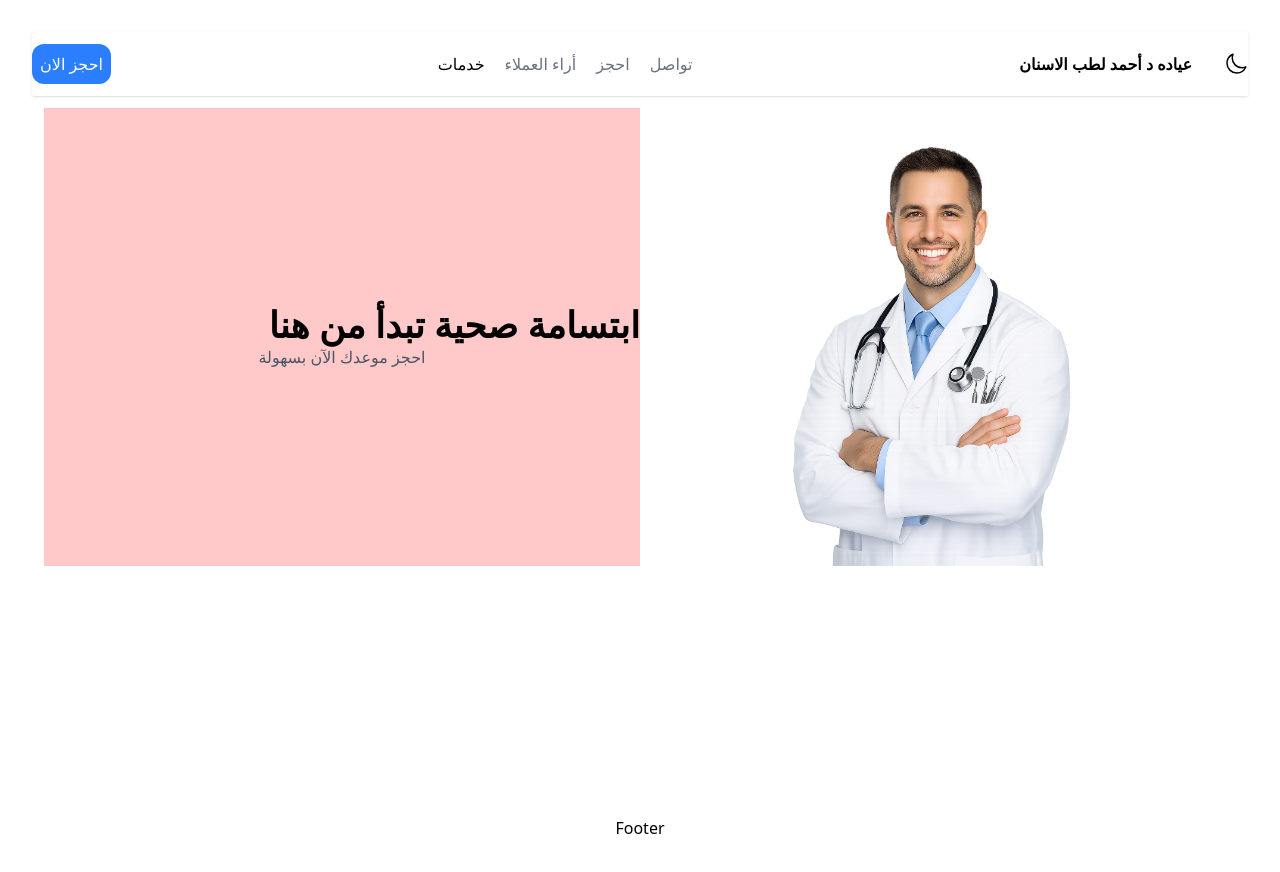
Repository: mohamedehab23-pro/clinic
Page: /
An editor plug-in stored every save of this project. The page is shown before and after the next save, followed by the edit.
The browser window is 1280 px wide. The pictures show the whole page.
The project was rebuilt for these pictures with package versions that can differ from the ones it lists, and the page was loaded fresh each time. Also part of the build but not shown: vite.config.js, src/Pages/AboutPage.jsx, src/Pages/ContactPage.jsx, src/Pages/NotFound.jsx, src/Components/Child.jsx, src/Components/Parent.jsx.

Above is the page before, as saved 2026-02-22 14:11:37.

### index.html
<!doctype html>
<html lang="en">
  <head>
    <meta charset="UTF-8" />
    <link rel="icon" type="image/svg+xml" href="/vite.svg" />
    <meta name="viewport" content="width=device-width, initial-scale=1.0" />
    <title>project1</title>
  </head>
  <body>
    <div id="root"></div>
    <script type="module" src="/src/main.jsx"></script>
  </body>
</html>

### src/index.css
@import "tailwindcss";
@custom-variant dark (&:where(.dark, .dark *));


.active{
    @apply text-black dark:text-white
}

### src/App.jsx
import { useState } from 'react'
import HeroPage from '../src/Pages/HeroPage'
import './App.css'
import { createBrowserRouter, RouterProvider } from 'react-router'
import MainLayout from './Layouts/MainLayout'
import AboutPage from './Pages/AboutPage'
import ContactPage from './Pages/ContactPage'
import NotFound from './Pages/NotFound'
import Parent from './Components/Parent'


const x=createBrowserRouter([
  {path:'',element:<MainLayout/>,children:[
    {index:true,element:<HeroPage/>},
    {path:'/about',element:<AboutPage/>},
    {path:'/contact',element:<ContactPage/>},
    {path:'*',element:<NotFound/>}
  ]}
])

function App() {

  return (
    <>
    {/* <Parent/> */}

     <RouterProvider router={x}/>
    </>
  )
}

export default App

### src/Pages/HeroPage.jsx
import React from 'react'
import sora from '../assets/dentist.png'
export default function HomePage() {
  return (
    <div className='dark:bg-gray-800 min-h-screen p-3'>
      <div className='flex justify-around'>
<div className='bg-red-200 w-full flex flex-col justify-center text-center '>
<h2 className='text-4xl font-bold text-end'>ابتسامة صحية تبدأ من هنا</h2>
<p className='text-gray-600'>احجز موعدك الآن بسهولة</p>
</div>
<div className=' w-full flex justify-center items-center'>
 <img src={sora} alt="doctor" className='w-[50%] ' />
</div>
      </div>



    </div>
  )
}

### src/Layouts/MainLayout.jsx
import React, { useState } from 'react'
import Navbar from '../Components/Navbar'
import Footer from '../Components/Footer'
import { Outlet } from 'react-router'

export default function MainLayout() {
  const [darkMode, setDarkMode] = useState(false)
  return (
    <>
    <div className={`${darkMode? 'dark':''}  dark:text-white`}>
      <Navbar darkMode={darkMode} setDarkMode={setDarkMode}/>
    <Outlet />
    <Footer/>
    </div>
    </>
  )
}

### src/Components/Navbar.jsx
import React, { useState } from 'react'
import { Link, NavLink } from 'react-router'
import Button from './Button'

export default function Navbar({setDarkMode,darkMode}) {
  const [navToggle, setNavToggle] = useState(false)
  return (
    <div className='py-3 shadow sticky top-0 w-full dark:bg-gray-700 bg-white/50'>
<div className="container px-3 lg:p-0 mx-auto flex items-center justify-between">
<div>
  <Button/>
</div>
<div>
  <ul className='lg:flex dark:text-white/50 gap-5 hidden'>
    <li className='text-gray-500'><NavLink to={''}>خدمات</NavLink></li>
    <li className='text-gray-500'><NavLink to={'/about'}>أراء العملاء</NavLink></li>
    <li className='text-gray-500'><NavLink to={'/contact'}>احجز</NavLink></li>
    <li className='text-gray-500'><NavLink to={'ertyuj'}>تواصل</NavLink></li>
  </ul>
</div>
<div className='flex gap-8'>
  <Link to={''} className=' font-bold'>عياده د أحمد لطب الاسنان</Link>
  {darkMode?<svg xmlns="http://www.w3.org/2000/svg"
onClick={()=>setDarkMode(!darkMode)}
fill="none" viewBox="0 0 24 24" strokeWidth={1.5} stroke="currentColor" className="cursor-pointer size-6">
  <path strokeLinecap="round" strokeLinejoin="round" d="M12 3v2.25m6.364.386-1.591 1.591M21 12h-2.25m-.386 6.364-1.591-1.591M12 18.75V21m-4.773-4.227-1.591 1.591M5.25 12H3m4.227-4.773L5.636 5.636M15.75 12a3.75 3.75 0 1 1-7.5 0 3.75 3.75 0 0 1 7.5 0Z" />
</svg>:<svg xmlns="http://www.w3.org/2000/svg" fill="none"
onClick={()=>setDarkMode(!darkMode)}
viewBox="0 0 24 24" strokeWidth={1.5} stroke="currentColor" className="cursor-pointer size-6">
  <path strokeLinecap="round" strokeLinejoin="round" d="M21.752 15.002A9.72 9.72 0 0 1 18 15.75c-5.385 0-9.75-4.365-9.75-9.75 0-1.33.266-2.597.748-3.752A9.753 9.753 0 0 0 3 11.25C3 16.635 7.365 21 12.75 21a9.753 9.753 0 0 0 9.002-5.998Z" />
</svg>}
</div>
<div className='lg:hidden'>
  <svg xmlns="http://www.w3.org/2000/svg" onClick={()=>setNavToggle(!navToggle)} fill="none" viewBox="0 0 24 24" strokeWidth={1.5} stroke="currentColor" className="cursor-pointer size-6">
  <path strokeLinecap="round" strokeLinejoin="round" d="M3.75 6.75h16.5M3.75 12h16.5m-16.5 5.25h16.5" />
</svg>


</div>



</div>
{navToggle && <ul className='pt-3 text-end px-3'>
    <li className='text-gray-500'><NavLink to={''}>خدمات</NavLink></li>
    <li className='text-gray-500'><NavLink to={'/about'}>أراء العملاء</NavLink></li>
    <li className='text-gray-500'><NavLink to={'/contact'}>احجز</NavLink></li>
    <li className='text-gray-500'><NavLink to={'ertyuj'}>تواصل</NavLink></li>
  </ul>}


    </div>
  )
}

### src/Components/Button.jsx
import React from 'react'
import { Link } from 'react-router'

export default function Button() {
  return (
   <>
   <button className={`p-2 rounded-xl bg-blue-500 text-white `}><Link to={'/'}>احجز الان</Link></button>
   </>
  )
}

Loaded but not shown: src/main.jsx (common file); src/App.css (common file); src/Components/Footer.jsx (common file)

After the next save:
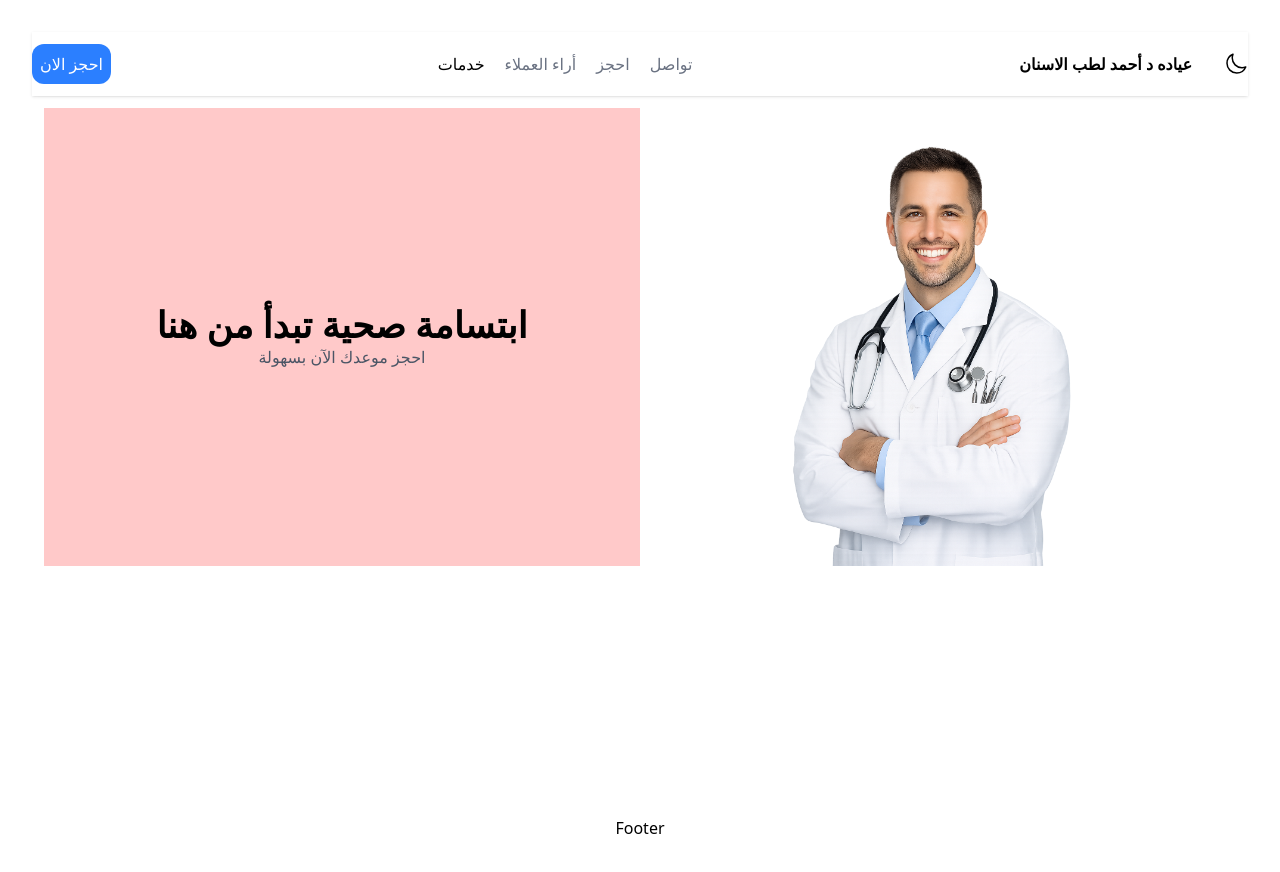
Saved 4 s later.
--- a/src/Pages/HeroPage.jsx
+++ b/src/Pages/HeroPage.jsx
@@ -5,7 +5,7 @@ export default function HomePage() {
     <div className='dark:bg-gray-800 min-h-screen p-3'>
       <div className='flex justify-around'>
 <div className='bg-red-200 w-full flex flex-col justify-center text-center '>
-<h2 className='text-4xl font-bold text-end'>ابتسامة صحية تبدأ من هنا</h2>
+<h2 className='text-4xl font-bold '>ابتسامة صحية تبدأ من هنا</h2>
 <p className='text-gray-600'>احجز موعدك الآن بسهولة</p>
 </div>
 <div className=' w-full flex justify-center items-center'>
